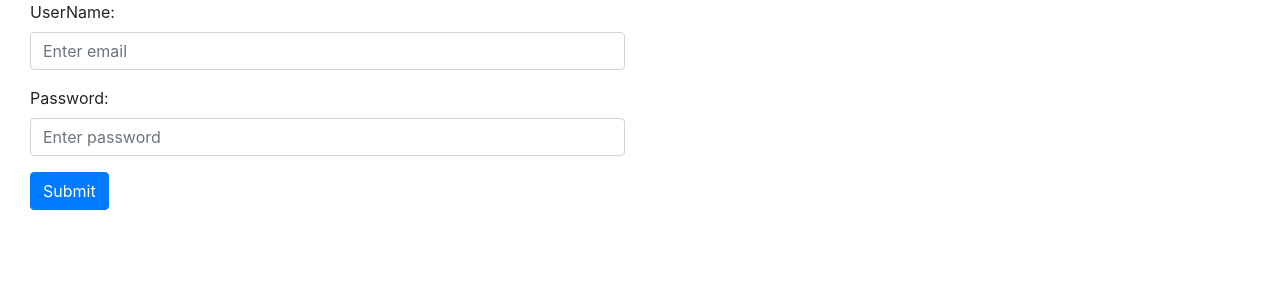
Repository: huutien1904/bai3-ltw
Page: http://localhost/login.php
An editor plug-in stored every save of this project. The page is shown before and after the next save, followed by the edit.
The browser window is 1280 px wide. The pictures show the whole page.
The page is run by PHP 8.4 with error messages shown; the project is at /var/www/html/.

Above is the page before, as saved 2021-11-19 23:14:09.

### login.php
<!DOCTYPE html>
<html lang="en">
<head>
    <meta charset="UTF-8">
    <meta http-equiv="X-UA-Compatible" content="IE=edge">
    <meta name="viewport" content="width=device-width, initial-scale=1.0">
    <link rel="stylesheet" href="https://maxcdn.bootstrapcdn.com/bootstrap/4.5.2/css/bootstrap.min.css">
    <script src="https://ajax.googleapis.com/ajax/libs/jquery/3.5.1/jquery.min.js"></script>
    <script src="https://cdnjs.cloudflare.com/ajax/libs/popper.js/1.16.0/umd/popper.min.js"></script>
    <script src="https://maxcdn.bootstrapcdn.com/bootstrap/4.5.2/js/bootstrap.min.js"></script>
    <title>Login Quản lý khách hàng</title>
</head>
<body>
    <div class="container-fluid">
        <div class="col-md-6">
            <form action="/action_page.php">
                <div class="form-group">
                    <label for="email">UserName:</label>
                    <input type="text" class="form-control" placeholder="Enter email" id="email" name="username">
                </div>
                <div class="form-group">
                    <label for="pwd">Password:</label>
                    <input type="password" class="form-control" placeholder="Enter password" id="pwd" name="password">
                </div>

                <button type="submit" class="btn btn-primary">Submit</button>
            </form>
        </div>
    </div>
</body>
</html>

After the next save:
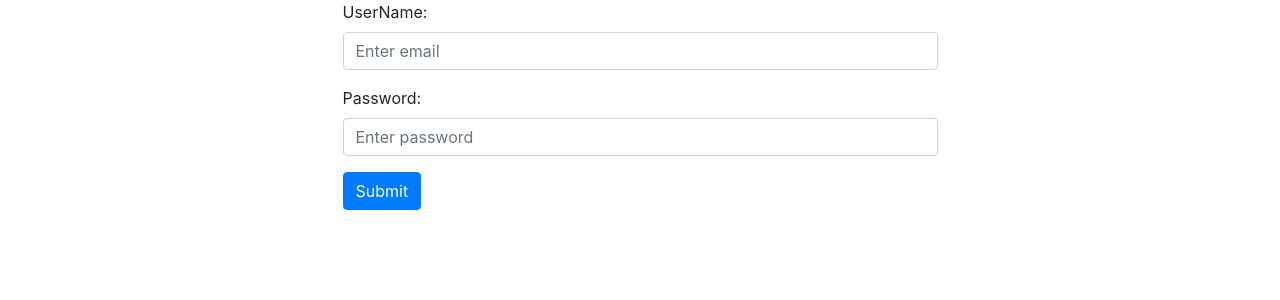
Saved 59 s later.
--- a/login.php
+++ b/login.php
@@ -11,7 +11,7 @@
     <title>Login Quản lý khách hàng</title>
 </head>
 <body>
-    <div class="container-fluid">
+    <div class="container-fluid d-flex justify-content-center align-items-center">
         <div class="col-md-6">
             <form action="/action_page.php">
                 <div class="form-group">
